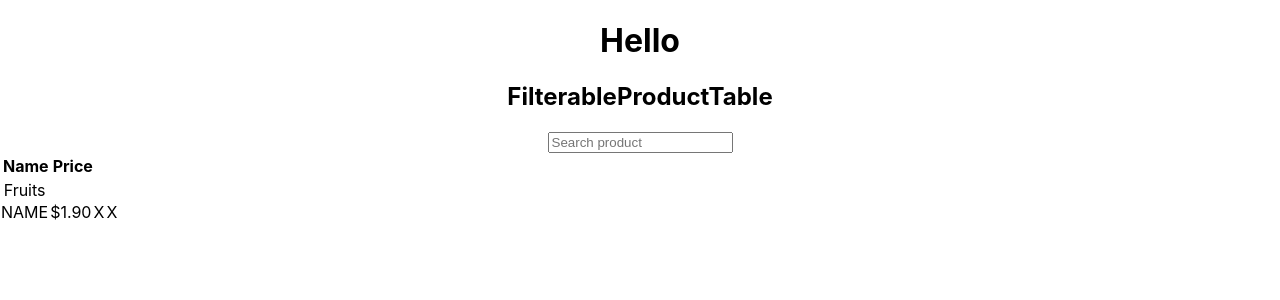
Repository: rezapurnamaa/product-category
Page: /
The author's editor kept a copy of each file at every save. The page is drawn from the files as they stood at one save, then again after the next save.
The browser window is 1280 px wide. The pictures show the whole page.
The project was rebuilt for these pictures with package versions that can differ from the ones it lists, and the page was loaded fresh each time.

Above is the page before, as saved 2023-06-23 01:07:29.

### src/App.js
import "./App.css";

function App() {
  return (
    <div className="App">
      <h1>Hello</h1>
      <FilterableProductTable />
    </div>
  );
}

export default App;

function FilterableProductTable() {
  return (
    <>
      <h2>FilterableProductTable</h2>
      <SearchBar />
      <ProductTable />
    </>
  );
}

function SearchBar() {
  return (
    <>
      <input type="text" placeholder="Search product" />
    </>
  );
}

function ProductTable() {
  return (
    <>
      <table>
        <tr>
          <th>Name</th>
          <th>Price</th>
        </tr>
      </table>
      <ProductCategoryRow />
    </>
  );
}

function ProductCategoryRow() {
  return (
    <>
      <td>Fruits</td>
      <tr>
        <ProductRow />
      </tr>
    </>
  );
}

function ProductRow() {
  return (
    <>
      <td>NAME</td>
      <td>$1.90</td>
      <td>X</td>
      <td>X</td>
    </>
  );
}

Loaded but not shown: public/index.html (common file); src/index.js (common file); src/index.css (common file); src/reportWebVitals.js (common file); src/App.css (common file)

After the next save:
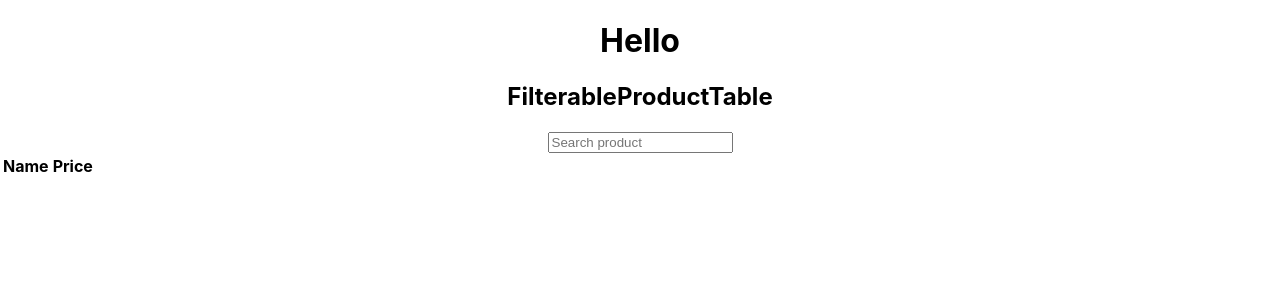
Saved 100 s later.
--- a/src/App.js
+++ b/src/App.js
@@ -43,12 +43,11 @@ function ProductTable() {
   );
 }
 
-function ProductCategoryRow() {
+function ProductCategoryRow({ category }) {
   return (
     <>
-      <td>Fruits</td>
       <tr>
-        <ProductRow />
+        <th colSpan="2">{category}</th>
       </tr>
     </>
   );
